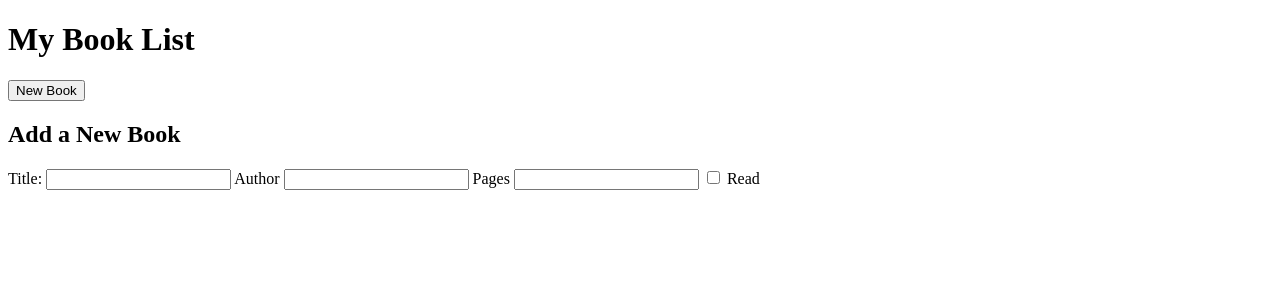
Repository: gkintu/odin-book-library
Page: index.html
The author's editor kept a copy of each file at every save. The page is drawn from the files as they stood at one save, then again after the next save.
The browser window is 1280 px wide. The pictures show the whole page.

Above is the page before, as saved 2025-03-10 06:20:58.

### index.html
<!DOCTYPE html>
<html lang="en">
<head>
    <meta charset="UTF-8">
    <meta name="viewport" content="width=device-width, initial-scale=1.0">
    <link rel="stylesheet" href="style.css">
    <title>Book Library App</title>
</head>
<body>
    <h1>My Book List</h1>
    <button id="new-book-btn" class="btn">New Book</button>

    <!-- Display container for books -->
    <div id="library"></div>

    <!-- Modeal form for user to add a new book-->
     <div id="modal-book-container">
        <form id="book-form">
            <h2>Add a New Book</h2>
            <label for="title">Title:</label>
            <input type="text" id="title" name="title" required>

            <label for="author">Author</label>
            <input type="text" id="author" name="author" required>

            <label for="pages">Pages</label>
            <input type="text" id="pages" name="pages" required>

            <label>
                <input type="checkbox" id="read" name="read" />
                Read
              </label>
        </form>
     </div>
</body>
<script src="script.js"></script>
</html>

### script.js
function Book(title, author, pages, read) {
  this.title = title;
  this.author = author;
  this.pages = pages;
  this.read = read;

  this.info = function() {
   return `${this.title} by ${this.author},
   ${this.pages} pages, ${this.read ? "already read" : "not read yet"}`
  }
}

Loaded but not shown: style.css (no stored copy; drawn as an empty file)

After the next save:
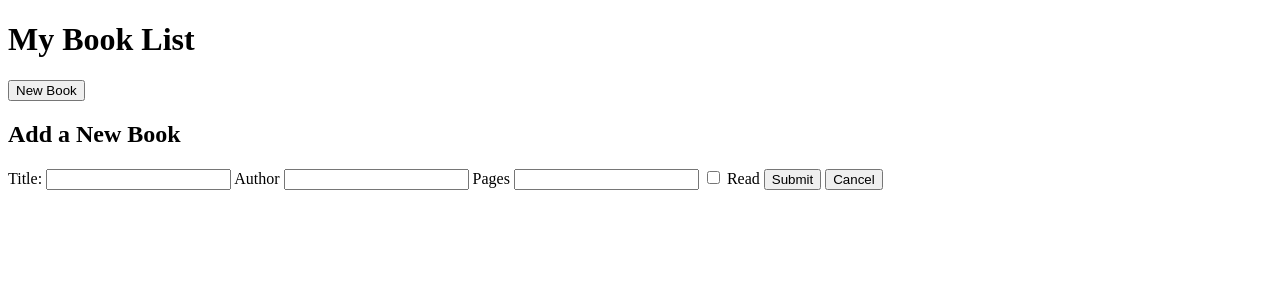
Saved 18 min 22 s later.
--- a/index.html
+++ b/index.html
@@ -30,6 +30,9 @@
                 <input type="checkbox" id="read" name="read" />
                 Read
               </label>
+
+            <button type="submit" class="btn">Submit</button>
+            <button type="button" id="cancel-btn" class="btn">Cancel</button>
         </form>
      </div>
 </body>
